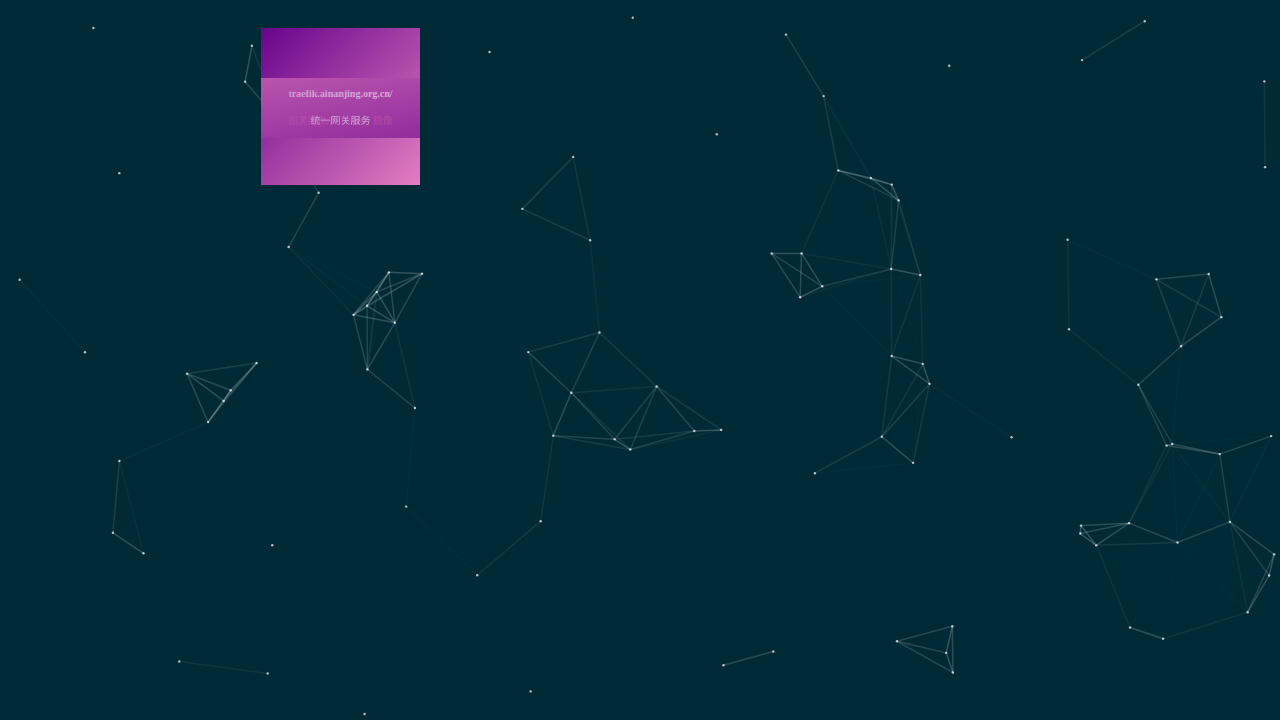
Repository: heweiwei1/portainer
Page: index.html
An editor plug-in stored every save of this project. The page is shown before and after the next save, followed by the edit.
The browser window is 1280 px wide. The pictures show the whole page.

Above is the page before, as saved 2021-04-14 13:37:44.

After the next save:
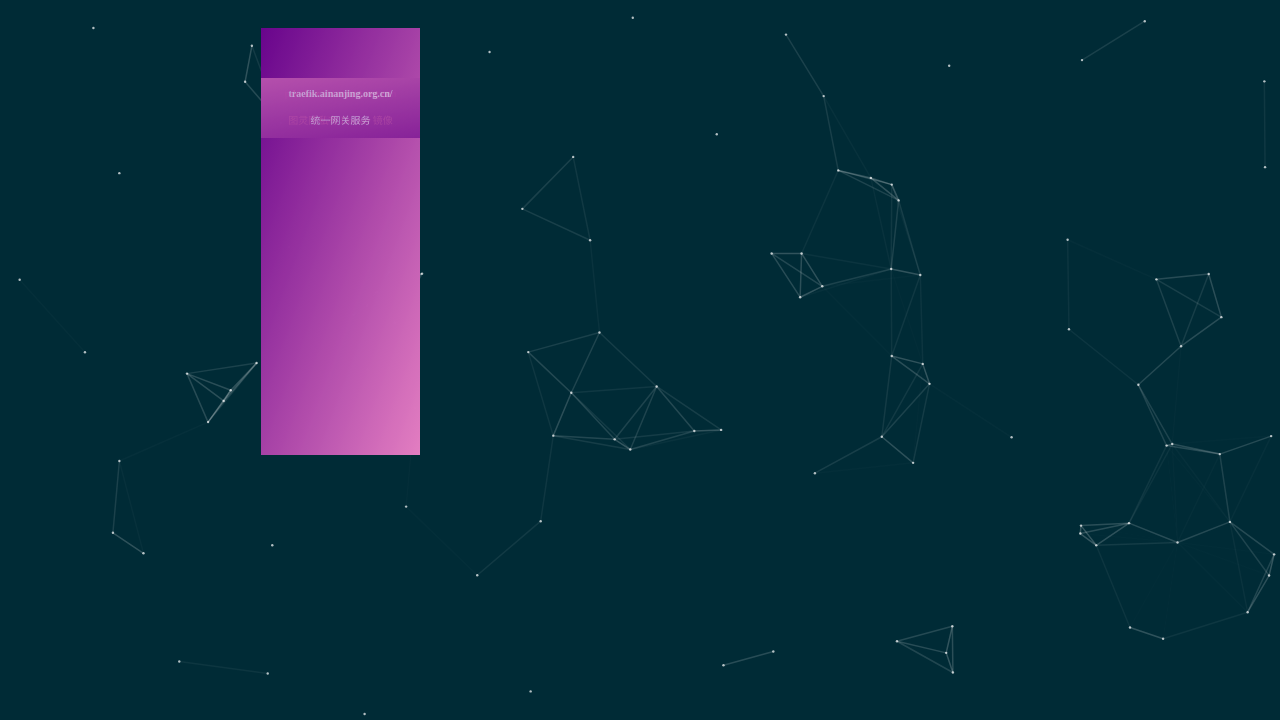
Saved 26 s later.
--- a/index.css
+++ b/index.css
@@ -17,7 +17,8 @@ a {
   flex-direction: column;
   align-items: center;
   width: calc((100% - 120px) / 4);
-  height: 157.05px;
+  height: 0;
+  padding-bottom: 56.35%;
   margin-top: 20px;
   font-size: 10px;
 }
